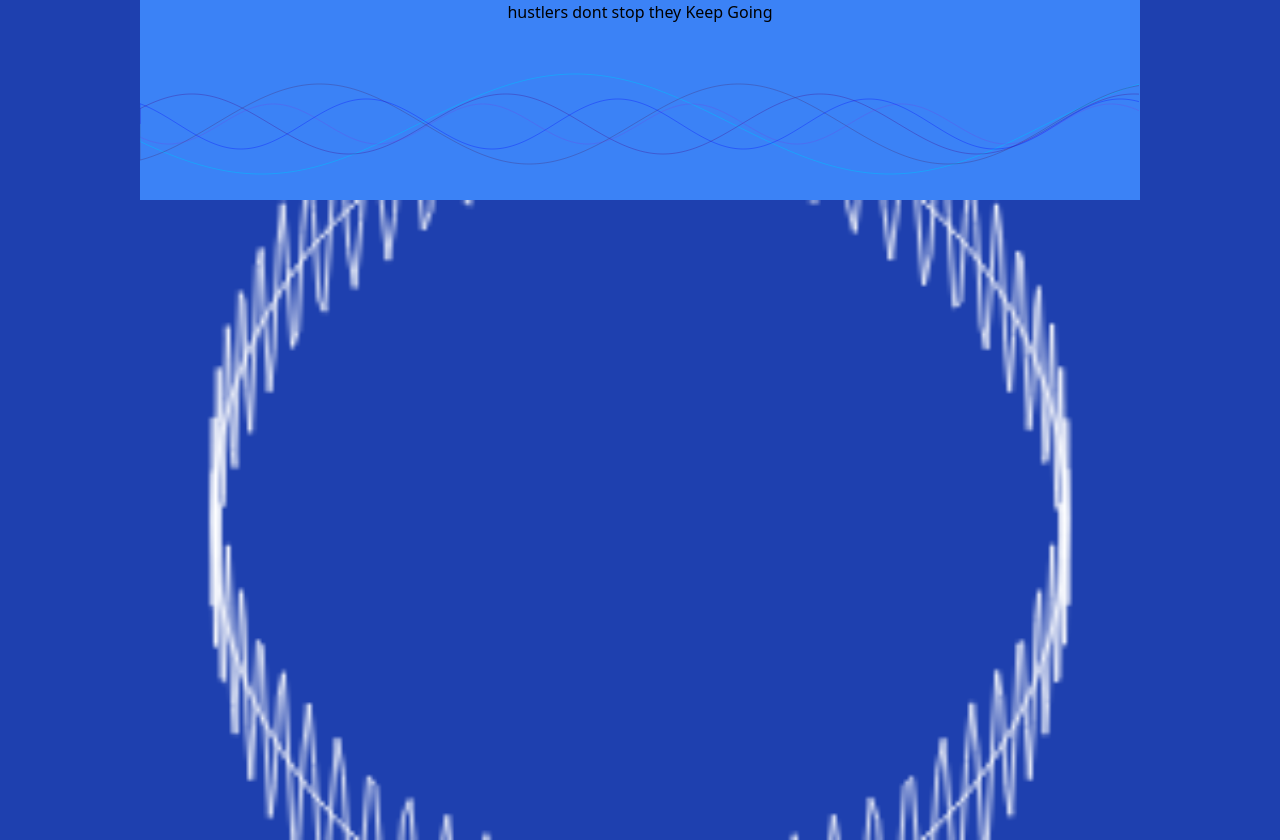
Repository: TMuse333/quantum-experiments
Page: /
The author's editor kept a copy of each file at every save. The page is drawn from the files as they stood at one save, then again after a run of saves.
The browser window is 1280 px wide. The pictures show the whole page.
The project was rebuilt for these pictures with package versions that can differ from the ones it lists, and the page was loaded fresh each time. Also part of the build but not shown: vite.config.ts.

Above is the page before, as saved 2024-06-08 18:39:43.

### src/App.tsx
import { useState } from 'react'
import reactLogo from './assets/react.svg'
import viteLogo from '/vite.svg'
import './App.css'
import SineWave from './components/sineWave/sineWave'
import ThreeJSWave from './components/threeeJsWave/threeJsWave'
import CircularWave from './components/circularWave/circularWave'

function App() {
  const [count, setCount] = useState(0)

  return (
    <>
    <div className='bg-blue-800 absolute top-0 left-0
    flex items-center flex-col justify-center w-screen'>


     <SineWave/>
     {/* <ThreeJSWave/> */}
     <CircularWave/>
     </div>
    </>
  )
}

export default App

### src/components/sineWave/sineWave.tsx
import React, { useRef, useEffect } from 'react';

const SineWave: React.FC = () => {
  const canvasRef = useRef<HTMLCanvasElement | null>(null);

  useEffect(() => {
    const canvas = canvasRef.current;
    if (!canvas) return;

    const c = canvas.getContext('2d');
    if (!c) return;

    const waves = [
      {
        amplitude: 50,
        frequency: 0.01,
        speed: 0.02,
        xOffset: 0,
        color: 'rgba(0, 191, 255, 0.5)', // Sky Blue
      },
      {
        amplitude: 30,
        frequency: 0.02,
        speed: 0.03,
        xOffset: 0,
        color: 'rgba(75, 0, 130, 0.3)', // Indigo
      },
      {
        amplitude: 20,
        frequency: 0.03,
        speed: 0.04,
        xOffset: 0,
        color: 'rgba(138, 43, 226, 0.2)', // Blue Violet
      },
      {
        amplitude: 40,
        frequency: 0.015,
        speed: 0.025,
        xOffset: 0,
        color: 'rgba(72, 61, 139, 0.4)', // Dark Slate Blue
      },
      {
        amplitude: 25,
        frequency: 0.025,
        speed: 0.035,
        xOffset: 0,
        color: 'rgba(0, 0, 255, 0.3)', // Blue
      },
    ];

    const resizeHandler = () => {
      canvas.width = canvas.parentElement?.clientWidth ?? window.innerWidth;
      canvas.height = canvas.parentElement?.clientHeight ?? window.innerHeight;
    };

    window.addEventListener('resize', resizeHandler);
    resizeHandler();

    const draw = () => {
      c.clearRect(0, 0, canvas.width, canvas.height);
      waves.forEach((wave) => {
        c.beginPath();
        c.moveTo(0, canvas.height / 2);
        for (let x = 0; x < canvas.width; x++) {
          const y = canvas.height / 2 + Math.sin(x * wave.frequency + wave.xOffset) * wave.amplitude;
          c.lineTo(x, y);
        }
        c.strokeStyle = wave.color;
        c.stroke();
        wave.xOffset += wave.speed;
      });
      requestAnimationFrame(draw);
    };

    draw();

    return () => {
      window.removeEventListener('resize', resizeHandler);
    };
  }, []);

  return (
    <div className='w-screen bg-blue-500 relative h-[200px] max-w-[1000px] ml-auto mr-auto'>
        <h1>hustlers dont stop they Keep Going</h1>
      <canvas className='h-full w-full mt-auto mb-auto' ref={canvasRef} />
    </div>
  );
};

export default SineWave;

### src/components/circularWave/circularWave.tsx
import React, { useEffect, useRef } from 'react';

const CircularWave: React.FC = () => {
  const canvasRef = useRef<HTMLCanvasElement | null>(null);
  const frameId = useRef<number | null>(null); // To store the frame ID

  useEffect(() => {
    const canvas = canvasRef.current;
    if (!canvas) return;

    const c = canvas.getContext('2d');
    if (!c) return;

    const centerX = canvas.width / 2;
    const centerY = canvas.height / 2;
    const radius = 100; // Radius of the circular wave
    const waveLength = 60; // Wavelength of the wave
    const amplitude = 20; // Amplitude of the wave
    const frequency = 0.02; // Frequency of the wave
    const phaseShift = Math.PI / 2; // Phase shift to start the wave from the top

    const draw = () => {
      c.clearRect(0, 0, canvas.width, canvas.height);

      // Draw circular path
      c.beginPath();
      c.arc(centerX, centerY, radius, 0, Math.PI * 2);
      c.strokeStyle = 'rgba(255, 255, 255, 0.2)';
      c.stroke();

      // Draw circular wave
      for (let angle = 0; angle < Math.PI * 2; angle += 0.02) {
        const x = centerX + radius * Math.cos(angle);
        const y = centerY + radius * Math.sin(angle) + amplitude * Math.sin(angle * waveLength + frequency * angle + phaseShift);
        if (angle === 0) {
          c.moveTo(x, y);
        } else {
          c.lineTo(x, y);
        }
      }

      c.strokeStyle = 'rgba(255, 255, 255, 0.8)';
      c.stroke();

      frameId.current = requestAnimationFrame(draw);
    };

    draw();

    // Cleanup function
    return () => cancelAnimationFrame(frameId.current ?? 0); // Use ?? operator to handle null or undefined frame ID
  }, []);

  return (
    <canvas
      className='h-full w-full'
      ref={canvasRef}
      style={{ width: '100%', height: '100%' }}
    ></canvas>
  );
};

export default CircularWave;

Loaded but not shown: index.html (common file); src/main.tsx (common file); src/index.css (common file); src/App.css (common file); tailwind.config.js (common file)

After the next 3 saves:
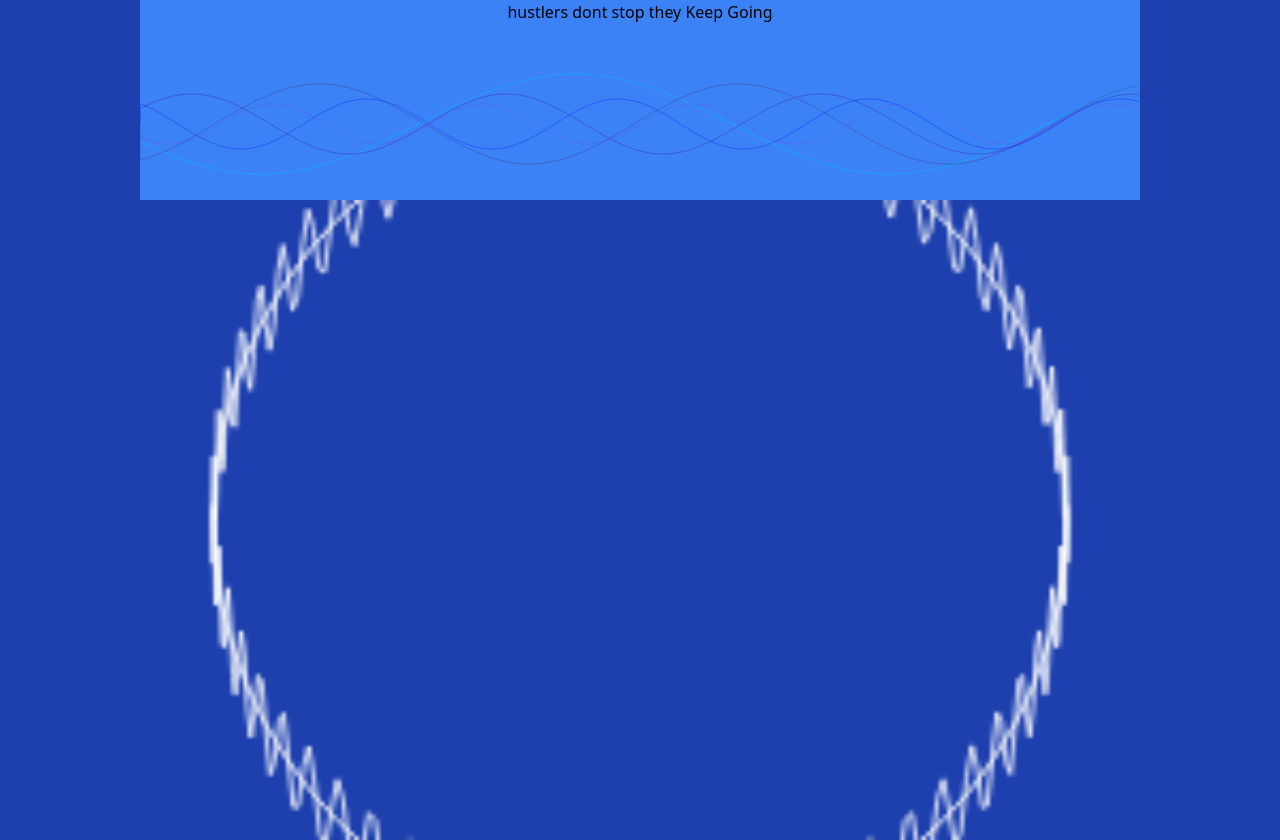
The 3 saves are shown as one change because they came seconds apart.
The last was saved 42 s later.
--- a/src/components/circularWave/circularWave.tsx
+++ b/src/components/circularWave/circularWave.tsx
@@ -15,7 +15,7 @@ const CircularWave: React.FC = () => {
     const centerY = canvas.height / 2;
     const radius = 100; // Radius of the circular wave
     const waveLength = 60; // Wavelength of the wave
-    const amplitude = 20; // Amplitude of the wave
+    const amplitude = 10; // Amplitude of the wave
     const frequency = 0.02; // Frequency of the wave
     const phaseShift = Math.PI / 2; // Phase shift to start the wave from the top
 
